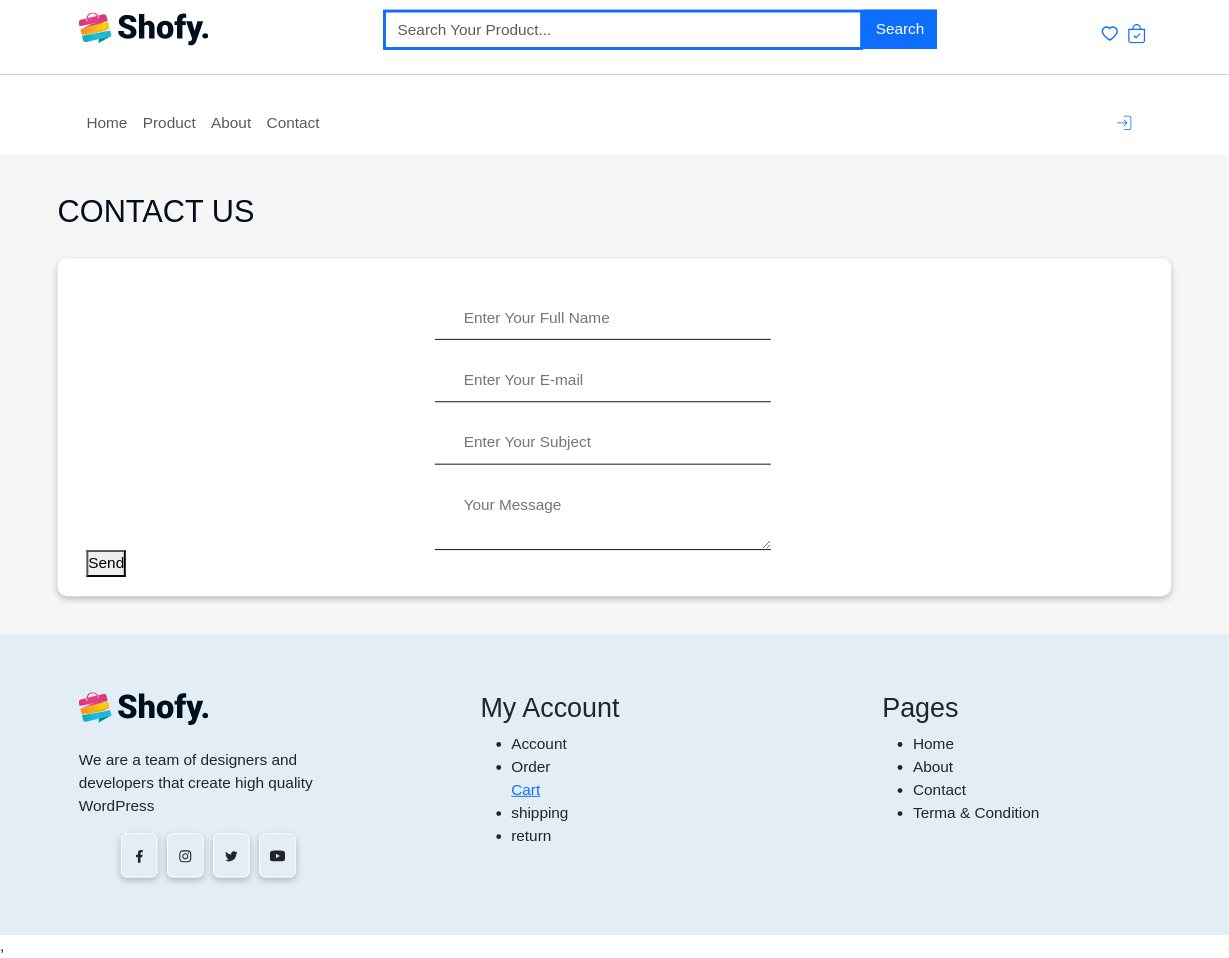
Repository: YomnaWegdan/E-commerce
Page: /contact
The author's editor kept a copy of each file at every save. The page is drawn from the files as they stood at one save, then again after the next save.
The browser window is 1280 px wide. The pictures show the whole page, at 96% of full size.
The project was rebuilt for these pictures with package versions that can differ from the ones it lists, and the page was loaded fresh each time. Also part of the build but not shown: src/App.css, src/Pages/Home.css, src/Components/HomeProduct.js, src/Pages/Home.js, src/Pages/Product.js, src/Components/Cart/Cart.css, src/Components/Cart/Cart.js.

Above is the page before, as saved 2023-08-09 00:54:23.

### src/index.js
import React from 'react';
import ReactDOM from 'react-dom/client';
import './index.css';
import App from './App';
import reportWebVitals from './reportWebVitals';
import 'bootstrap/dist/css/bootstrap.min.css';
import { Auth0Provider } from '@auth0/auth0-react';
import { ContextProvider } from './Components/Context';

const root = ReactDOM.createRoot(document.getElementById('root'));
root.render(

  <ContextProvider>
  <Auth0Provider
  domain="dev-aamwpxlsfm3npzz6.us.auth0.com"
  clientId="MkjduxuJruldtmeMMgriskirViaGSRSW"
  authorizationParams={{
    redirect_uri: window.location.origin
  }}
>

  <App />
</Auth0Provider>,</ContextProvider>
);

// If you want to start measuring performance in your app, pass a function
// to log results (for example: reportWebVitals(console.log))
// or send to an analytics endpoint. Learn more: https://bit.ly/CRA-vitals
reportWebVitals();

### src/App.js
import { BrowserRouter , Routes , Route} from 'react-router-dom';
import './App.css';
import Navs from './Components/Navbar/Navs';
import Home from './Pages/Home';
import Footer from './Components/Footer/Footer';
import Product from './Pages/Product';
import Cart from './Components/Cart/Cart';
import Contact from './Pages/Contact';

function App() {
  return (
    <BrowserRouter>
    <Navs/>
    <Routes>
    <Route path='/' element={<Home/>}/>
    <Route path='/product' element={<Product/>}/>
    <Route path='/cart' element={<Cart/>}/>
    <Route path='/contact' element={<Contact/>}/>


    </Routes>
    <Footer/>

    </BrowserRouter>
  );
}

export default App;

### src/Components/Context.js
import {createContext  , useContext, useState} from "react"
import Productdetail from "../Pages/Productdetail";

export const Context = createContext(null);
export const useAppContext = () =>{
    const contextVar = useContext(Context);
    if(contextVar === undefined){
        throw new Error('Context must be within ContextProvider');
    }
    return contextVar;
}

export const ContextProvider = ({children}) =>{

    const [product , setProduct] = useState(Productdetail)
    const filterProduct = (product)=>{
        const update = Productdetail.filter((x)=>{
         return( x.Cat=== product )
        })
        setProduct(update)
      }
        const AllProducts = () =>{
          setProduct(Productdetail)
        }

        const searchBtn = (product) => {
    const change = Productdetail.filter((x) =>
    {
      return x.Cat === product
    })
    setProduct(change)
  }

  //Product_detail
  const [detail , setDetail] = useState([])
  const [close , setClose] = useState(false);

  const View = (product)=>{
    setDetail([{...product}])
    setClose(true)
  }

  //Cart
  const [cart , setCart] = useState([])

  const addToCart = (product)=>{
    const exist = cart.find((x)=>{
      return x.id === product.id
    })
    if(exist)
    {
      alert("This Product is already added to cart")
    }else{
      setCart([...cart, {...product, qty:1}])
      alert('Product is added to cart')
    }

  }
  console.log(cart)

  const increment =(product)=>{
    const exist = cart.find((x)=>{
        return x.id === product.id;
    })
    setCart(cart.map((el)=>{
      return el.id === product.id ? {...exist , qty: exist.qty +1}: el
    }))

}
const decrement =(product)=>{
  const exist = cart.find((x)=>{
    return x.id === product.id;
})
setCart(cart.map((el)=>{
  return el.id === product.id ? {...exist , qty: exist.qty -1}: el
}))
}

//Remove cart product
const removeproduct = (product) =>
{
    const exsit = cart.find((x) =>
    {
        return x.id === product.id
    })
    if(exsit.qty > 0)
    {
        setCart(cart.filter((x) =>
        {
            return x.id !== product.id
        }))
    }
}
const Totalprice = cart.reduce((price, item) => price + item.qty * item.Price, 0)


    return(
        <Context.Provider value={{ product , filterProduct, AllProducts , searchBtn , detail , View , close , setClose , addToCart , cart
          ,increment , decrement , removeproduct , Totalprice
         }}>
        {children}
        </Context.Provider>
    )}

### src/Components/Navbar/Navs.js
import { Fragment, useState } from 'react';
import Container from 'react-bootstrap/Container';
import Nav from 'react-bootstrap/Nav';
import Navbar from 'react-bootstrap/Navbar';
import Form from 'react-bootstrap/Form';
import Button from 'react-bootstrap/Button';
import Row from 'react-bootstrap/Row';
import Col from 'react-bootstrap/Col';
import logo from '../../img/logo.svg'
import { AiOutlineUser } from 'react-icons/ai';
import { CiLogin } from 'react-icons/ci';
import { CiLogout } from 'react-icons/ci';
import { AiOutlineHeart } from 'react-icons/ai';
import { BsBagCheck } from 'react-icons/bs';
import './Navs.css'
import { useAuth0 } from "@auth0/auth0-react";
import { useAppContext } from '../Context';
import { NavLink } from 'react-router-dom';

const Navs = () => {
  const { loginWithRedirect, logout , user, isAuthenticated } = useAuth0();
  const [search , setSearch] = useState()
  const {searchBtn} = useAppContext();


  return (
    <Fragment>
    <Navbar expand="lg" className='justify-content-between' >
      <Container>
        <Navbar.Brand href="/"><img src={logo} alt ='Logo'/></Navbar.Brand>
        <Navbar.Toggle aria-controls="basic-navbar-nav" />
        <Navbar.Collapse id="basic-navbar-nav" >
          <Nav className=" w-100 justify-content-center">
          <Form inline >
          <Row>
            <Col xs="auto">
              <Form.Control
                type="text"
                placeholder="Search Your Product..."
                className=" mr-sm-2  w-auto"
                value={search} onChange={(e)=>setSearch(e.target.value)}
              />

            </Col>
            <Col xs="auto" className=' m-sm-0'>
              <Button type="submit" onClick={()=>searchBtn(search)}  >Search</Button>
            </Col>
          </Row>
        </Form>
        </Nav>
        <Nav className=' justify-content-end'>
        {isAuthenticated &&
        (
        <Nav>
          <Nav.Link href="/" ><AiOutlineUser/></Nav.Link>
          <p className=' my-auto me-3' >Hello, {user.name}</p>
        </Nav>
        )}

        <NavLink to ="/"  className='mt-2 mx-1'><AiOutlineHeart/></NavLink>
        <NavLink to="/cart" className='mt-2 mx-1' ><BsBagCheck/></NavLink>

          </Nav>
        </Navbar.Collapse>
      </Container>
    </Navbar>
    <hr/>
    <Navbar expand="lg" >
    <Container>
      <Navbar.Toggle aria-controls="basic-navbar-nav "  />
      <Navbar.Collapse id="basic-navbar-nav" className=' justify-content-between'>
        <Nav className=" justify-content-start">
          <Nav.Link href="/">Home</Nav.Link>
          <Nav.Link href="/product">Product</Nav.Link>
          <Nav.Link href="/about">About</Nav.Link>
          <Nav.Link href="/contact">Contact</Nav.Link>
        </Nav>
        <Nav className="auth  ">
        {isAuthenticated?
                <Button onClick={() => logout({ logoutParams: { returnTo: window.location.origin } })}><CiLogout/></Button>:
                        <Button onClick={() => loginWithRedirect()}><CiLogin/></Button>
        }
        </Nav>
      </Navbar.Collapse>
    </Container>
  </Navbar></Fragment>
  )
}

export default Navs

### src/Components/Footer/Footer.js
import React from 'react'
import logo from '../../img/logo.svg'
import { AiOutlineInstagram } from 'react-icons/ai';
import { RiFacebookFill } from 'react-icons/ri';
import { AiOutlineTwitter } from 'react-icons/ai';
import { BsYoutube } from 'react-icons/bs';
import './Footer.css'
import { Link } from 'react-router-dom';

const Footer = () => {
  return (
    <div className='footer'>
    <div className='container d-flex justify-content-between '>
    <div className='about col-lg-3'>
    <div className='logo'>
        <img src={logo} alt='logo'></img>
    </div>
    <div className='detail'>
                    <p className=' mt-4'>We are a team of designers and developers that create high quality WordPress</p>
                    <div className='icon'>
                        <li><RiFacebookFill /></li>
                        <li><AiOutlineInstagram /></li>
                        <li><AiOutlineTwitter /></li>
                        <li><BsYoutube /></li>
                    </div>
                </div>
    </div>
    <div className='account col-lg-3'>
                <h3>My Account</h3>
                <ul>
                    <li>Account</li>
                    <li>Order</li>
                    <Link to='/cart'>Cart</Link>
                    <li>shipping</li>
                    <li>return</li>
                </ul>
            </div>
            <div className='page col-lg-3'>
                <h3>Pages</h3>
                <ul>
                    <li>Home</li>
                    <li>About</li>
                    <li>Contact</li>
                    <li>Terma & Condition</li>
                </ul>
            </div>
    </div>

    </div>
  )
}

export default Footer

### src/Pages/Contact.js
import React from 'react'
import './Contact.css'
const Contact = () => {
  return (
    <div>
    <div className='contact_container'>
    <div className='contant'>
    <h2>Contact Us</h2>
    <div className='form'>
    <form method='POST'>
    <input type='text' name='Name' value='' placeholder='Enter Your Full Name' required autoComplete='off'/>
    <input type='email' name='E-mail' value='' placeholder='Enter Your E-mail' required autoComplete='off'/>
    <input type='text' name='Subject' value='' placeholder='Enter Your Subject' required autoComplete='off'/>
    <textarea name='Message' value='' placeholder='Your Message' required autoComplete='off'></textarea>
    <button type='submit'>Send</button>

    </form>
    </div>
    </div>
    </div>



    </div>
  )
}

export default Contact

### src/Pages/Productdetail.js
const Productdetail =
[
    {
        id:1,
        Title:"Galaxy Tab S6 Lite 10.4-inch Android Tablet 128GB.",
        Cat: 'Tablet',
        Price: '723',
        Img: require('../img/tp1.jpg')
    },
    {
        id:2,
        Title:"Tracker with IP67 Waterproof Pedometer Smart watch.",
        Cat: 'Smart Watch',
        Price: '168',
        Img: require('../img/tp2.jpg')
    },
    {
        id:3,
        Title:"Cancelling Headphones Wireless.",
        Cat: 'Headphone',
        Price: '49',
        Img: require('../img/tp3.jpg')
    },
    {
        id:4,
        Title:"Professional Camera 4K Digital Video Camera.",
        Cat: 'Camera',
        Price: '1049',
        Img: require('../img/tp4.jpg')
    },
    {
        id:5,
        Title:"Mini Portable PD 22.5W Fast Charging Powerbank.",
        Cat: 'Powerbank',
        Price: '49',
        Img: require('../img/tp5.jpg')
    },
    {
        id:6,
        Title:"CPU Cooler 2 Heat Pipes 12mm 4 Pin PWM RGB for Intel.",
        Cat: 'Electronics',
        Price: '156',
        Img: require('../img/tp6.png')
    },
    {
        id:7,
        Title:"Playstation 4 2TB Slim Gaming Console.",
        Cat: 'Gaming',
        Price: '2098',
        Img: require('../img/tp7.jpg')
    },
    {
        id:8,
        Title:"Mini Portable Mobile Phone Powerbank for iphone.",
        Cat: 'Electronics',
        Price: '386',
        Img: require('../img/tp8.jpg')
    },
    {
        id:9,
        Title:"Microsoft Surface Pro 8-13' Touchscreen.",
        Cat: 'Tablet',
        Price: '693',
        Img: require('../img/p9.jpg')
    },
    {
        id:10,
        Title:"Playstation 4 2TB Slim Gaming Console.",
        Cat: 'Gaming',
        Price: '5036',
        Img: require('../img/p10.jpg')
    },
    {
        id:11,
        Title:"Echo Show 5 (2nd Gen) Adjustable Stand | Charcoal",
        Cat: 'Electronics',
        Price: '198',
        Img: require('../img/p11.jpg')
    },
    {
        id:12,
        Title:"Echo Dot smart speaker",
        Cat: 'Electronics',
        Price: '793',
        Img: require('../img/p12.jpg')
    },
]
export default Productdetail;

### src/Components/Navbar/Navs.css
.navbar input{
    width: 500px !important;
    border: 3px solid #0D6EFD;
    border-radius: 0px !important;
    outline: none !important;


}
.navbar input:focus{
    outline: none !important;
}
.navbar button{
    margin-left: -24px;
    border-radius: 0px !important;
    height: 41px;
}
@media (max-width:1200px) {
    .navbar button{
        margin-left: 0;
    }
    .navbar input{
        width: 260px !important;
    }
}
.navbar svg{
    color: #0D6EFD;
    width: 20px;
    height: 20px;
}

.navbar a:hover{
    color: #0D6EFD;

}
.navbar p{
    width: max-content;
}
.navbar .auth button{
    background-color: white;
    border: none;
    margin: 5px;
}

### src/Components/Footer/Footer.css
.footer{
    background: #e3edf6;
    padding: 60px;
    text-align: start;
}
.footer .detail .icon{
    list-style: none;
    display: flex;
    justify-content: center;

}
.footer .detail .icon li{
    margin-right: 10px;
    border: 1px solid white;
    box-shadow: rgba(0, 0, 0, 0.24) 0px 3px 8px;
    padding: 10px;
    border-radius: 6px;

}
.footer .detail .icon li:hover{
    background-color: #0989ff;
    color: white;
    border: 1px solid #0989ff;
    transition: 0.5s;


}

.footer .account li:hover , .footer .page li:hover{
    color: #0989ff;
    cursor: pointer;
    transition: 0.5s;


}

### src/Pages/Product.css
*
{
    margin: 0;
    padding: 0;
    font-family: sans-serif;
    box-sizing: border-box;
}
.products
{
    padding: 30px 40px;
    width: 100%;

}
.products h3
{
    font-size: 42px;
    letter-spacing: 1px;
    text-transform: uppercase;
    font-weight: 300;
    color: #010f1c;
    margin-left: 4%;

}
.products p
{
    margin-top: 10px;
    color: #9a9a9a;
    margin-left: 4%;

}
.products .container
{
    margin-top: 30px;
    max-width: 100%;
    display: flex;
    justify-content: space-between;
}
.products .container .filter
{
    padding: 20px 30px;
    display: flex;
    justify-content:flex-start;
    flex-wrap: wrap;
}
.products .container .filter .categories h3
{
    color: #010f1c;
    font-size: 16px;
    text-transform: uppercase;
    font-weight: 600;
}
.products .container .filter .categories ul
{
    margin-top: 10px;
}
.products .container .filter .categories ul li
{
    list-style: none;
    margin-top: 20px;
    color: #010f1c;
    cursor: pointer;
}
.products .container .productbox
{
    margin-right: 0%;
    display: flex;
    justify-content: space-between;
    flex-wrap: wrap;
    width: 80%;

}

.products .container .productbox .contant{
    display: flex;
    justify-content:flex-end;
    flex-wrap: wrap;


}
.products .container .productbox .contant .box
{
    padding: 10px 20px;
    overflow: hidden;
    width: 280px;
    height: 400px;
    border: 1px solid #e2e0e0;
    margin-bottom: 20px;
    transition: 0.5s;
    cursor: pointer;
    border-radius: 5px;
    margin-right: 20px;
}
.products .container .productbox .contant .box:hover
{
    box-shadow: rgba(0, 0, 0, 0.24) 0px 3px 8px;
}
.products .container .productbox .contant .box .img_box
{
    display: flex;
    justify-content: space-between;
    border-bottom: 1px solid #e2e0e0;
}
.products .container .productbox .contant .box .img_box img
{
    width: 300px;
    height: 250px;
    margin-right: 50px;
}
.products .container .productbox .contant .box .img_box .icon
{
    z-index: 1;
    position: relative;
    right: 0;
    display: flex;
    flex-direction: column;
    margin-top: 20px;
    transition: 0.5s;
}
.products .container .productbox .contant .box:hover .img_box .icon
{
    transform: translateX(-130px);
}
.products .container .productbox .contant .box .img_box .icon li
{
    list-style: none;
    padding: 10px 10px;
    color: #010f1c;
    cursor: pointer;
    box-shadow: rgba(0, 0, 0, 0.24) 0px 3px 8px;
    background: #fff;
    transition: 0.5s;
    font-size: 18px;
}
.products .container .productbox .contant .box .img_box .icon li:hover
{
    background: #0989ff;
    color: #fff;
}
.products .container .productbox .contant .box .detail
{
    margin-top: 10px;
}
.products .container .productbox .contant .box .detail h3
{
    font-size: 16px;
    margin-top: 5px;
    color: #010f1c;
    transition: 0.5s;
}
.products .container .productbox .contant .box:hover .detail h3
{
    color: #0989ff;
}
.products .container .productbox .contant .box .detail h4
{
    margin-top: 5px;
    font-size: 14px;
    color: #0989ff;
    letter-spacing: 1px;
}

.product_detail
{
    padding: 30px 40px;
    width: 100%;
    height: 120%;
    position: fixed;
    z-index: 2;
    margin-top: -20%;
    background: rgba(0, 0, 0, 0.24);
}
.product_detail .container
{
    margin-top: 15%;
    width: 1000px;
    height: 550px;
    background: #fff;
    padding: 20px 30px;
    border-radius: 10px;
    box-shadow: rgba(0, 0, 0, 0.24) 0px 3px 8px;
}
.product_detail .container .closebtn
{
    margin-left: 100%;
    border: none;
    outline: none;
    background: none;
    font-size: 22px;
    cursor: pointer;
}
.product_detail .container .productbox
{
    max-width: 100%;
    display: flex;
    padding: 20px 30px;
    margin-top: 20px;
    justify-content: space-between;
    margin-top: 60px;
}
.product_detail .container .productbox .img-box
{
    padding: 20px 30px;
    width: 400px;
    height: 350px;
    background: #f1f1f1;
}
.product_detail .container .productbox .img-box img
{
    width: 250px;
    height: 250px;
}
.product_detail .container .productbox .detail
{
    margin-left: 30px;
    margin-top: 10px;
}
.product_detail .container .productbox .detail h4
{
    text-transform: uppercase;
    font-size: 14px;
    font-weight: 200;
    color: #9a9a9a;
    letter-spacing: 1px;
}
.product_detail .container .productbox .detail h2
{
    margin-top: 20px;
    font-size: 32px;
    color: #010f1c;
    text-transform: capitalize;
    letter-spacing: 1px;
}
.product_detail .container .productbox .detail p
{
    margin-top: 10px;
    color: #4a4a4a;
}
.product_detail .container .productbox .detail h3
{
    margin-top: 10px;
    color: #010f1c;
    font-size: 32px;
    letter-spacing: 1px;
}
.product_detail .container .productbox .detail button
{
    margin-top: 30px;
    padding: 15px 60px;
    font-size: 16px;
    color: #fff;
    background: #010f1c;
    transition: 0.5s;
    border: none;
    outline: none;
    cursor: pointer;
}
.product_detail .container .productbox .detail button:hover
{
    background: #0989ff;
}

### src/Pages/Contact.css
.contact_container{
    padding: 30px 40px;
    width: 100%;
    background: #f6f6f6;
}
.contact_container .contant{
    padding: 10px 20px;
    max-width: 100%;
}
.contact_container .contant h2{
    text-transform: uppercase;
    font-size: 32px;
    color: #010f1c;
    font-weight: 200;
}
.contact_container .contant .form{
    margin-top: 30px;
    padding: 20px 30px;
    background: #fff;
    border-radius: 10px;
    box-shadow: rgba(0, 0, 0, 0.24) 0px 3px 8px;

}
.contact_container .contant .form form input , .contact_container .contant .form form textarea{

    padding: 10px 30px;
    border: none;
    outline: none;
    background: none;
    border-bottom: 1px solid #010f1c;
    width: 350px;
    margin-top: 20px;
    margin-left: 33%;
    display: flex;
    justify-content: center;
    align-items:center;
}
.contact_container .contant .form form textarea{

}

Loaded but not shown: public/index.html (common file); src/index.css (common file); src/reportWebVitals.js (common file)

After the next save:
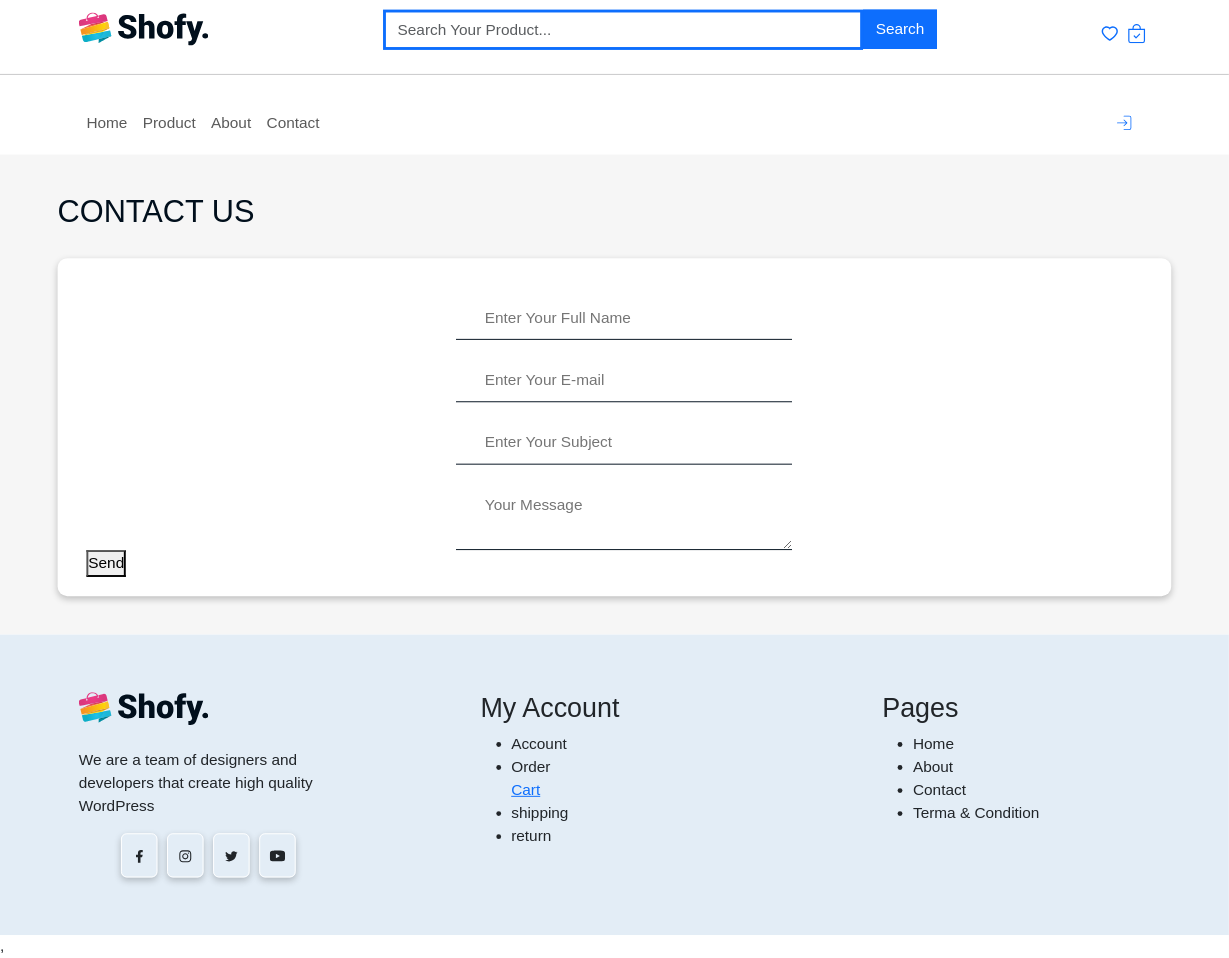
Saved 5 s later.
--- a/src/Pages/Contact.css
+++ b/src/Pages/Contact.css
@@ -30,7 +30,7 @@
     border-bottom: 1px solid #010f1c;
     width: 350px;
     margin-top: 20px;
-    margin-left: 33%;
+    margin-left: 35%;
     display: flex;
     justify-content: center;
     align-items:center;
